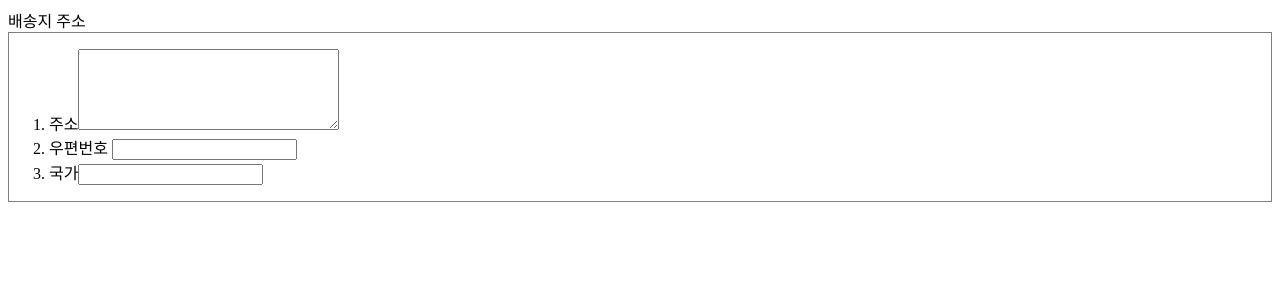
Repository: daehyeonhong/HTML
Page: Test/WebContent/exercise0518/exercise009.html
An editor plug-in stored every save of this project. The page is shown before and after the next save, followed by the edit.
The browser window is 1280 px wide. The pictures show the whole page.

Above is the page before, as saved 2020-05-18 23:53:53.

After the next save:
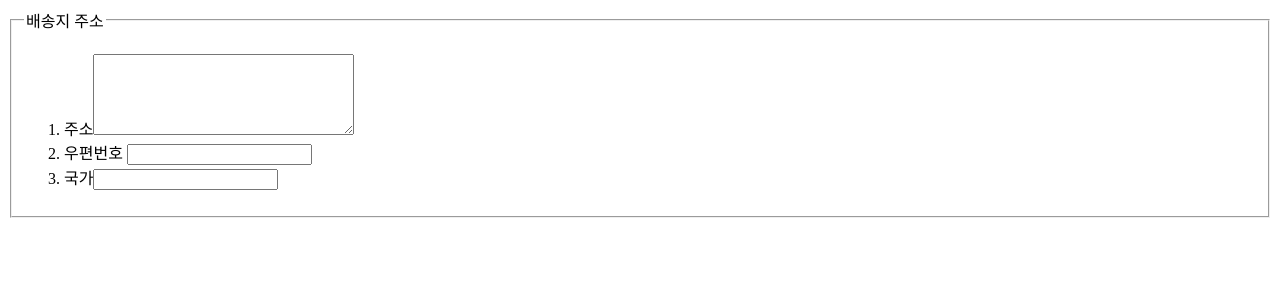
Saved 80 s later.
--- a/Test/WebContent/exercise0518/exercise009.html
+++ b/Test/WebContent/exercise0518/exercise009.html
@@ -5,8 +5,7 @@
 <title>Insert title here</title>
 </head>
 <body>
-	배송지 주소
-	<div style="border: gray 1px solid;">
+<fieldset><legend>배송지 주소</legend>
 		<form action="">
 			<ol>
 				<li>주소<textarea rows="5" cols="30" name="address"></textarea></li>
@@ -14,7 +13,6 @@
 				<li>국가<input type="text" name="country"></li>
 			</ol>
 		</form>
-	</div>
-
+</fieldset>
 </body>
 </html>
